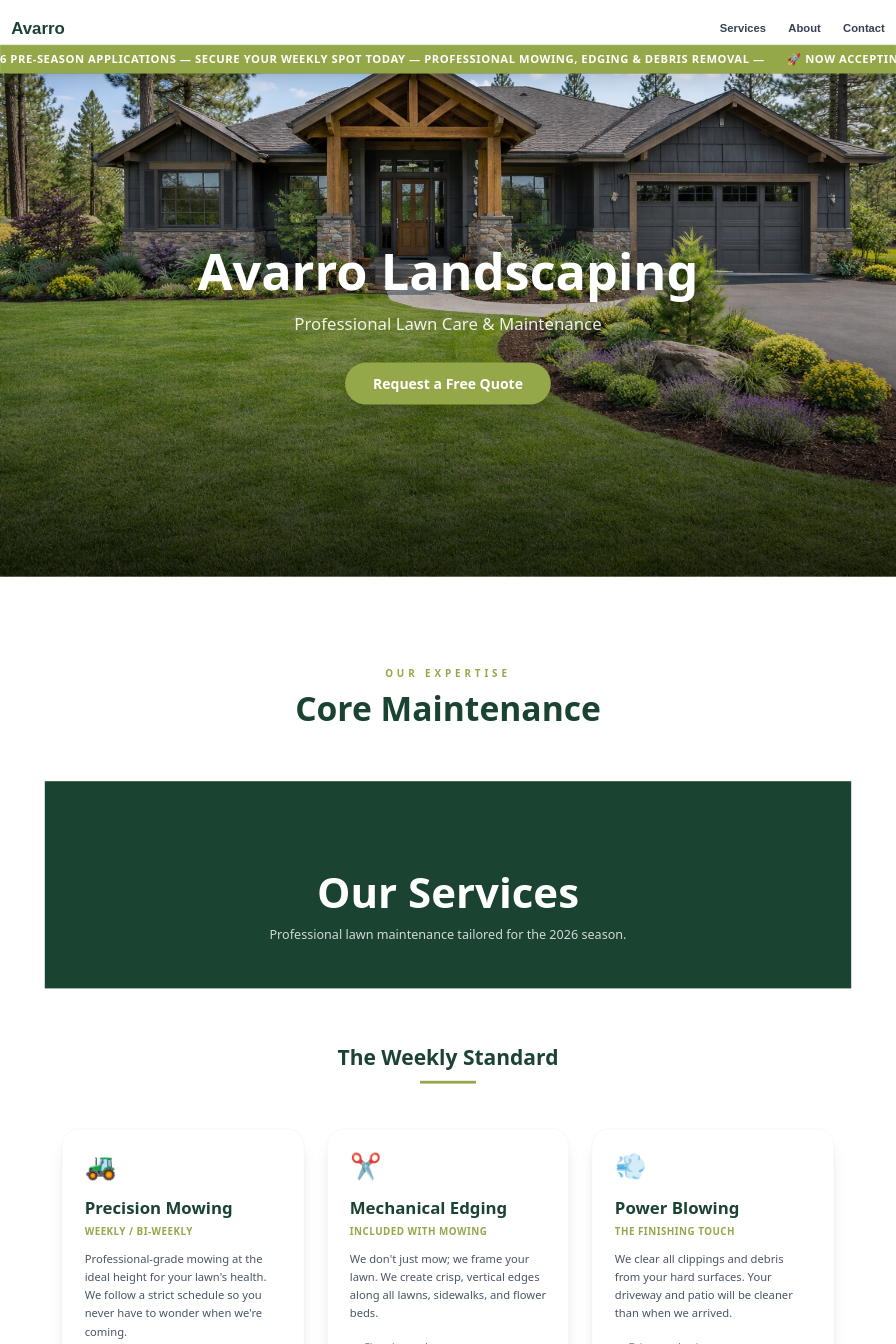
Repository: KalebMalone/Avarro
Page: /
These files come from the project's save history. The page is drawn as it stood at one moment and after the next save; the edit follows.
The browser window is 1280 px wide. The pictures show the part of the page from y = 0 to 1920 px (the page is 5035 px tall before and 3706 px after), at 70% of full size.
The project was rebuilt for these pictures with package versions that can differ from the ones it lists, and the page was loaded fresh each time. Also part of the build but not shown: vite.config.js, src/pages/ServicesPage.jsx, src/pages/About.jsx, src/pages/Contact.jsx.

Above is the page before, as saved 2026-01-28 16:52:50.

After the next save:
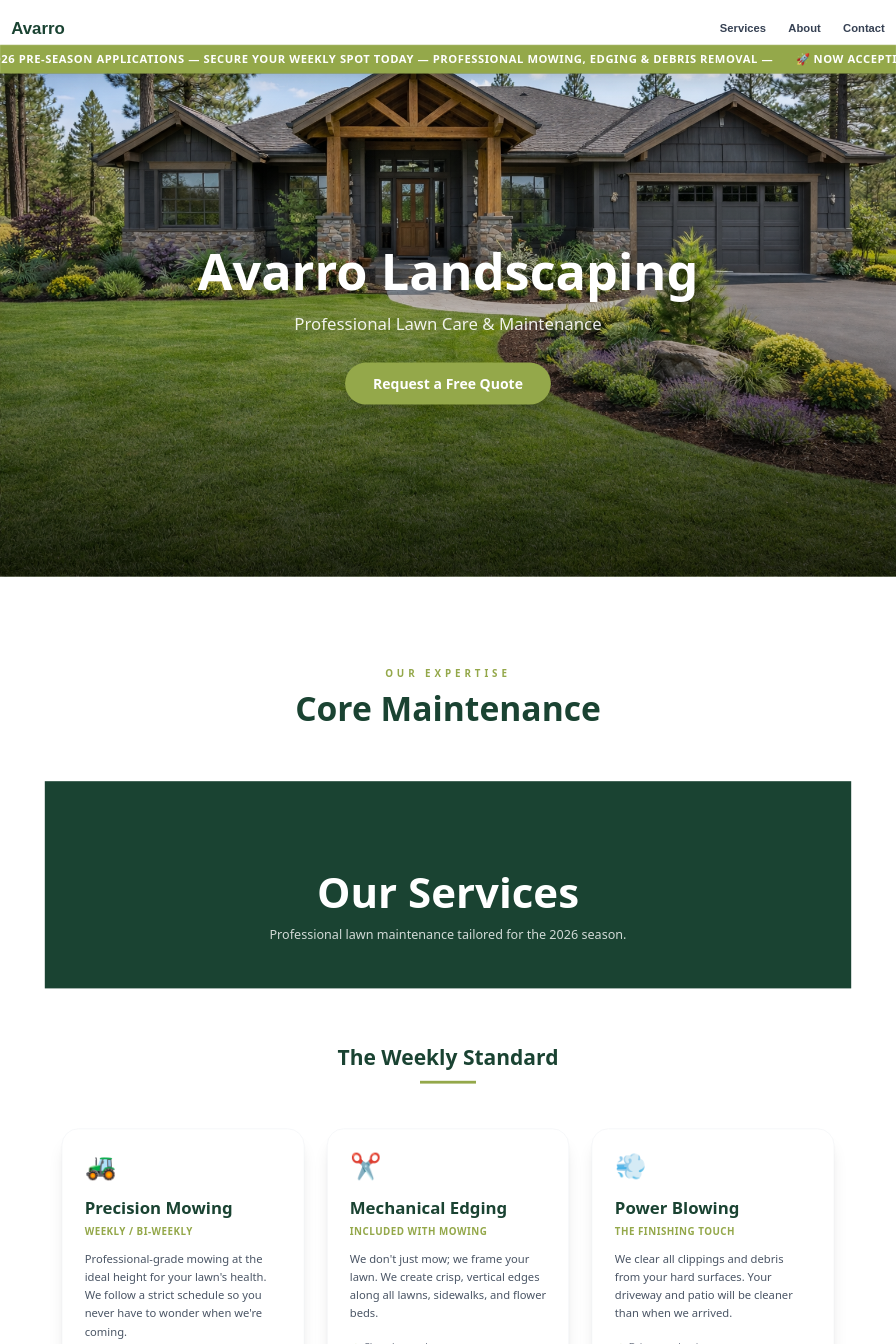
Saved 44 s later.
--- a/src/pages/Home.jsx
+++ b/src/pages/Home.jsx
@@ -36,58 +36,6 @@
                 </div>
             </section>
 
-            {/* LUXURY VALUE SECTION */}
-            <section className="py-32 bg-[#1a4332] text-white">
-                <div className="max-w-6xl mx-auto px-6">
-                    <div className="text-center mb-24">
-                        <h2 className="text-sm uppercase tracking-[0.3em] text-[#94a84a] font-bold mb-6">The Avarro Experience</h2>
-                        <p className="text-3xl md:text-6xl font-light italic leading-tight">"Excellence is found in the details."</p>
-                    </div>
-
-                    <div className="grid grid-cols-1 md:grid-cols-3 gap-20">
-                        <div className="text-center group">
-                            <div className="text-5xl mb-8 font-extralight text-[#94a84a] group-hover:scale-110 transition-transform duration-500">01</div>
-                            <h3 className="text-xl font-bold mb-4 tracking-widest uppercase">Unmatched Reliability</h3>
-                            <p className="text-gray-400 leading-relaxed font-light text-lg">
-                                We arrive on the same day, every week. Consistent, professional, and entirely hands-off for you.
-                            </p>
-                        </div>
-                        <div className="text-center group">
-                            <div className="text-5xl mb-8 font-extralight text-[#94a84a] group-hover:scale-110 transition-transform duration-500">02</div>
-                            <h3 className="text-xl font-bold mb-4 tracking-widest uppercase">Bespoke Property Care</h3>
-                            <p className="text-gray-400 leading-relaxed font-light text-lg">
-                                Every estate has a custom profile. We know your specific needs, your gate codes, and your preferences.
-                            </p>
-                        </div>
-                        <div className="text-center group">
-                            <div className="text-5xl mb-8 font-extralight text-[#94a84a] group-hover:scale-110 transition-transform duration-500">03</div>
-                            <h3 className="text-xl font-bold mb-4 tracking-widest uppercase">Elite Execution</h3>
-                            <p className="text-gray-400 leading-relaxed font-light text-lg">
-                                Using precision equipment and sharpened blades to ensure the cleanest, healthiest cut for your turf.
-                            </p>
-                        </div>
-                    </div>
-                </div>
-            </section>
-
-            {/* Custom Requests / CTA */}
-            <section className="py-32 bg-white">
-                <div className="max-w-5xl mx-auto px-6">
-                    <div className="bg-gray-50 rounded-[4rem] p-12 md:p-20 text-center border border-gray-100 shadow-sm">
-                        <h2 className="text-4xl font-bold mb-6 text-[#1a4332]">Beyond the Lawn</h2>
-                        <p className="text-xl text-gray-600 mb-12 max-w-2xl mx-auto font-light">
-                            From debris removal to specialized seasonal projects, we offer custom solutions tailored to your property’s unique requirements.
-                        </p>
-                        <Link
-                            to="/contact"
-                            className="inline-block bg-[#1a4332] hover:bg-[#94a84a] text-white px-12 py-5 rounded-full font-bold tracking-widest uppercase text-sm transition-all duration-500 shadow-xl hover:-translate-y-1 no-underline"
-                        >
-                            Request A Consult
-                        </Link>
-                    </div>
-                </div>
-            </section>
-
             {/* Small Footer/Trust Section */}
             <section className="py-16 bg-white border-t border-gray-50">
                 <div className="max-w-6xl mx-auto px-6 flex flex-col md:flex-row justify-between items-center opacity-40 grayscale">
